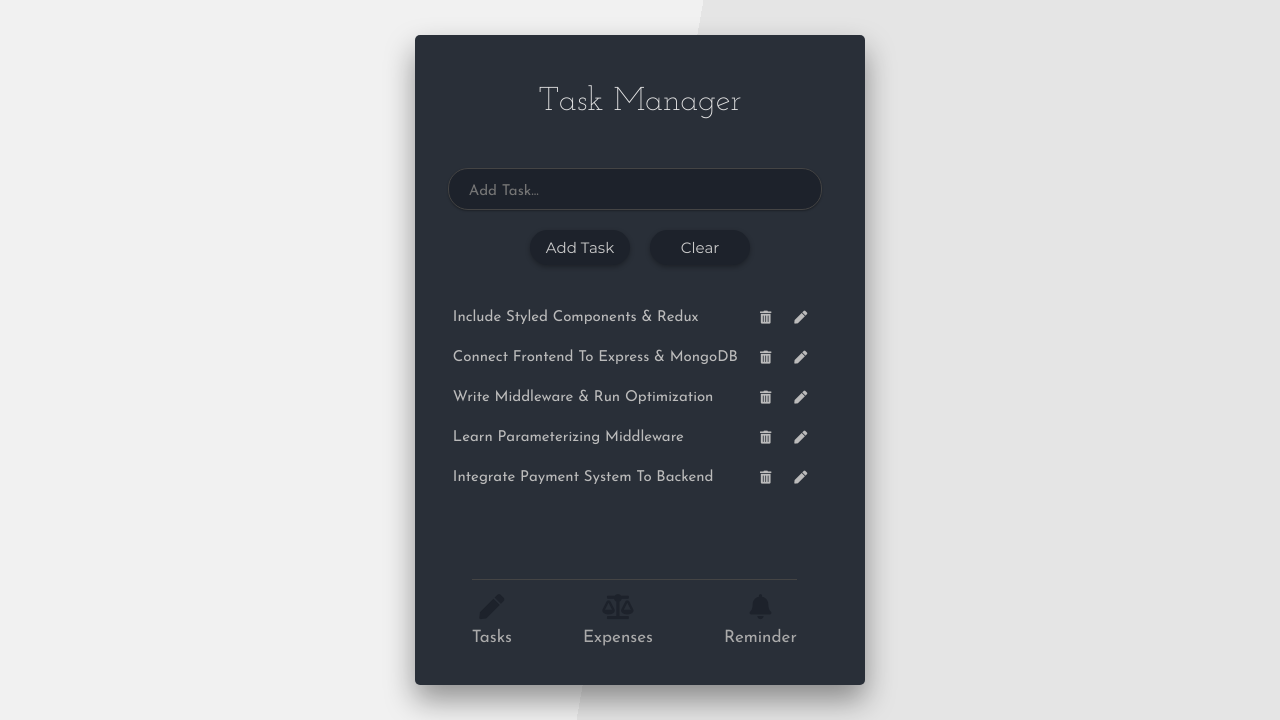
Repository: Kol124/react-task-manager
Page: /
An editor plug-in stored every save of this project. The page is shown before and after the next save, followed by the edit.
The browser window is 1280 px wide. The pictures show the whole page.
The project was rebuilt for these pictures with package versions that can differ from the ones it lists, and the page was loaded fresh each time. Also part of the build but not shown: src/components/Expenses/Expenses.js, src/components/Reminder/Reminder.js.

Above is the page before, as saved 2021-06-24 16:58:16.

### public/index.html
<!DOCTYPE html>
<html lang="en">
  <head>
    <meta charset="utf-8" />
    <link rel="icon" href="%PUBLIC_URL%/favicon.ico" />
    <meta name="viewport" content="width=device-width, initial-scale=1" />
    <meta name="theme-color" content="#000000" />
    <meta
      name="description"
      content="Web site created using create-react-app"
    />
    <link rel="apple-touch-icon" href="%PUBLIC_URL%/logo192.png" />
    <!--
      manifest.json provides metadata used when your web app is installed on a
      user's mobile device or desktop. See https://developers.google.com/web/fundamentals/web-app-manifest/
    -->
    <link rel="manifest" href="%PUBLIC_URL%/manifest.json" />
    <!--
      Notice the use of %PUBLIC_URL% in the tags above.
      It will be replaced with the URL of the `public` folder during the build.
      Only files inside the `public` folder can be referenced from the HTML.

      Unlike "/favicon.ico" or "favicon.ico", "%PUBLIC_URL%/favicon.ico" will
      work correctly both with client-side routing and a non-root public URL.
      Learn how to configure a non-root public URL by running `npm run build`.
    -->
    <link rel="stylesheet" href="all.min.css" />
    <title>React App</title>
  </head>
  <body>
    <noscript>You need to enable JavaScript to run this app.</noscript>
    <div id="root"></div>
    <!--
      This HTML file is a template.
      If you open it directly in the browser, you will see an empty page.

      You can add webfonts, meta tags, or analytics to this file.
      The build step will place the bundled scripts into the <body> tag.

      To begin the development, run `npm start` or `yarn start`.
      To create a production bundle, use `npm run build` or `yarn build`.
    -->
  </body>
</html>

### src/App.js
import "./App.css";
import React from "react";
import TaskContextProvider from "./context/TaskContext";
import ThemeContextProvider from "./context/ThemeContext";
import Main from "./components/Main";

function App() {
  return (
    <ThemeContextProvider>
      <TaskContextProvider>
        <div className="container">
          <Main />
        </div>
      </TaskContextProvider>
    </ThemeContextProvider>
  );
}

export default App;

### src/App.css
@import url("fonts.css");

* {
  margin: 0;
  padding: 0;
  box-sizing: inherit;
}

html {
  box-sizing: border-box;
  font-size: 62.5%;
}

.container {
  width: 100%;
  height: 100vh;
  display: flex;
  align-items: center;
  justify-content: center;
  background: linear-gradient(100deg, #f1f1f1 50%, #e5e5e5 0);
}

.app-wrapper {
  background-color: #292f38;
  padding: 2.5rem 2.8rem;
  position: relative;
  width: 45rem;
  height: 65rem;
  border-radius: 5px;
  box-shadow: 0 15px 30px rgba(0, 0, 0, 0.4);
}

.header .main-header {
  font-family: "Josefin Slab", serif;
  text-align: center;
  font-size: 3.3rem;
  color: #e5e5e5;
  font-weight: 300;
  margin: 2.5rem 2rem 5rem 2rem;
}

.main {
  display: flex;
  flex-direction: column;
  align-items: space-between;
  margin-bottom: 3.5rem;
  width: 100%;
}

.form {
  display: flex;
  align-items: center;
  margin-bottom: 1.5rem;
  flex-direction: column;
  justify-content: center;
}

.task-input {
  font-family: "Josefin Sans", serif;
  padding: 1.5rem 1rem 1rem 2rem;
  margin: 0 1rem 1rem 0;
  color: #ccc;
  width: 95%;
  outline: none;
  font-size: 1.5rem;
  border-radius: 20px;
  border: 1px solid #444;
  background-color: #1d222b;
  box-shadow: 0 1px 2px rgba(0, 0, 0, 0.3);
}

@media only screen and (max-width: 450px) {
  html {
    font-size: 50%;
  }
}

.buttons {
  display: flex;
}

.btn {
  margin: 1rem;
}

.add-task-btn {
  width: 10rem;
  height: 3.5rem;
  background-color: #1d222b;
  color: #ccc;
  border: none;
  font-family: "Montserrat", sans-serif;
  font-size: 1.5rem;
  border-radius: 2rem;
  box-shadow: 0 2px 5px rgba(0, 0, 0, 0.3);
  outline: none;
  cursor: pointer;
}

.list {
  width: 95%;
  margin: 0 auto;
  max-height: 28rem;
  overflow: hidden;
  overflow-y: auto;
}

/* width */
::-webkit-scrollbar {
  width: 6px;
}

/* Track */
::-webkit-scrollbar-track {
  border-radius: 10px;
  background-color: #aaa;
}

/* Handle */
::-webkit-scrollbar-thumb {
  background: #444;
  border-radius: 10px;
}

.list-item {
  display: flex;
  margin: 2rem 0;
  padding-bottom: 0.5rem;
  justify-content: space-between;
}

.list-item span {
  font-family: "Josefin Sans", sans-serif;
  color: #bbb;
  font-size: 1.5rem;
  text-transform: capitalize;
}

.task-btn {
  cursor: pointer;
  background-color: transparent;
  border: none;
  outline: none;
}

.btn-delete i {
  font-size: 1.3rem;
  color: #bbb;
  margin-right: 2rem;
}

.btn-edit i {
  font-size: 1.3rem;
  color: #bbb;
  margin-right: 2rem;
}

.clear-btn {
  width: 10rem;
  height: 3.5rem;
  background-color: #1d222b;
  color: #ccc;
  border: none;
  font-family: "Montserrat", sans-serif;
  font-size: 1.5rem;
  border-radius: 2rem;
  box-shadow: 0 2px 5px rgba(0, 0, 0, 0.3);
  outline: none;
  cursor: pointer;
}

.no-tasks {
  color: #777;
  text-align: center;
  font-family: "Montserrat", sans-serif;
  margin-top: 2.5rem;
  font-size: 2rem;
}

footer {
  position: absolute;
  width: 85%;
  bottom: 6%;
}

footer .nav {
  display: flex;
  align-items: center;
  justify-content: space-between;
  border-top: 1px solid #444;
  padding-top: 1.4rem;
  list-style: none;
  margin: 0 auto;
  width: 85%;
}

.nav li {
  font-family: "Josefin Sans", sans-serif;
  /* font-size: 2rem; */
  text-align: center;
}

.nav li a {
  text-decoration: none;
}

.nav li i {
  font-size: 2.5rem;
  color: #1d222b;
  transition: all ease 0.3s;
}

.nav li i:hover {
  color: #182741;
}

.nav li i:active {
  color: #182741;
}

.nav li p {
  text-decoration: none;
  font-size: 1.7rem;
  color: #aaa;
  margin-top: 1rem;
}

### src/context/TaskContext.js
import React, { createContext, useState, useReducer, useEffect } from "react";
import TaskReducer from "../reducer/TaskReducer";

export const TaskContext = createContext();

export default function TaskContextProvider(props) {
  const [tasks, dispatch] = useReducer(TaskReducer, [
    { title: "Include styled components & redux", id: 1 },
    { title: "Connect frontend to express & mongoDB", id: 2 },
    { title: "Write middleware & run optimization", id: 3 },
    { title: "Learn parameterizing middleware", id: 4 },
    { title: "Integrate payment system to backend", id: 5 },
  ]);
  const [editItem, setEditItem] = useState(null);

  const findItem = (id) => {
    const item = tasks.find((task) => task.id === id);
    setEditItem(item);
  };

  useEffect(() => {
    console.log(tasks);
  });

  return (
    <TaskContext.Provider
      value={{ tasks, editItem, setEditItem, findItem, dispatch }}
    >
      {props.children}
    </TaskContext.Provider>
  );
}

### src/context/ThemeContext.js
import React, { Component, createContext } from "react";

export const ThemeContext = createContext();

export default class ThemeContextProvider extends Component {
  state = {
    isLightTheme: true,
    light: { font: "#292f38", accent: "#e5e5e5", bg: "#f1f1f1" },
    dark: { font: "#f1f1f1", accent: "#1d222b", bg: "#292f38" },
  };

  toggleTheme = () => {
    this.setState({ isLightTheme: !this.state.isLightTheme });
  };

  render() {
    return (
      <div>
        <ThemeContext.Provider
          value={{ ...this.state, toggleTheme: this.toggleTheme }}
        >
          {this.props.children}
        </ThemeContext.Provider>
      </div>
    );
  }
}

### src/components/Main.js
import React, { useContext } from "react";
import { BrowserRouter as Router, Switch, Route } from "react-router-dom";
import Header from "./Header";
import TaskForm from "./TaskForm";
import TaskList from "./TaskList";
import Expenses from "./expenses/Expenses";
import Reminder from "./reminder/Reminder";
import Footer from "./Footer";

export default function Main() {
  return (
    <Router>
      <div>
        <div className="app-wrapper">
          <Header />
          <Switch>
            <Route exact path="/">
              <div className="main">
                <TaskForm />
                <TaskList />
              </div>
            </Route>

            <Route path="/expenses">
              <Expenses />
            </Route>

            <Route path="/reminder">
              <Reminder />
            </Route>
          </Switch>
          <Footer />
        </div>
      </div>
    </Router>
  );
}

### src/fonts.css
/* josefin-sans-300 - latin */
@font-face {
  font-family: "Josefin Sans";
  font-style: normal;
  font-weight: 300;
  src: url("./fonts/josefin-sans-v17-latin-300.eot"); /* IE9 Compat Modes */
  src: local(""),
    url("./fonts/josefin-sans-v17-latin-300.eot?#iefix")
      format("embedded-opentype"),
    /* IE6-IE8 */ url("./fonts/josefin-sans-v17-latin-300.woff2")
      format("woff2"),
    /* Super Modern Browsers */ url("./fonts/josefin-sans-v17-latin-300.woff")
      format("woff"),
    /* Modern Browsers */ url("./fonts/josefin-sans-v17-latin-300.ttf")
      format("truetype"),
    /* Safari, Android, iOS */
      url("./fonts/josefin-sans-v17-latin-300.svg#JosefinSans") format("svg"); /* Legacy iOS */
}
/* josefin-sans-regular - latin */
@font-face {
  font-family: "Josefin Sans";
  font-style: normal;
  font-weight: 400;
  src: url("./fonts/josefin-sans-v17-latin-regular.eot"); /* IE9 Compat Modes */
  src: local(""),
    url("./fonts/josefin-sans-v17-latin-regular.eot?#iefix")
      format("embedded-opentype"),
    /* IE6-IE8 */ url("./fonts/josefin-sans-v17-latin-regular.woff2")
      format("woff2"),
    /* Super Modern Browsers */
      url("./fonts/josefin-sans-v17-latin-regular.woff") format("woff"),
    /* Modern Browsers */ url("./fonts/josefin-sans-v17-latin-regular.ttf")
      format("truetype"),
    /* Safari, Android, iOS */
      url("./fonts/josefin-sans-v17-latin-regular.svg#JosefinSans")
      format("svg"); /* Legacy iOS */
}
/* josefin-sans-600 - latin */
@font-face {
  font-family: "Josefin Sans";
  font-style: normal;
  font-weight: 600;
  src: url("./fonts/josefin-sans-v17-latin-600.eot"); /* IE9 Compat Modes */
  src: local(""),
    url("./fonts/josefin-sans-v17-latin-600.eot?#iefix")
      format("embedded-opentype"),
    /* IE6-IE8 */ url("./fonts/josefin-sans-v17-latin-600.woff2")
      format("woff2"),
    /* Super Modern Browsers */ url("./fonts/josefin-sans-v17-latin-600.woff")
      format("woff"),
    /* Modern Browsers */ url("./fonts/josefin-sans-v17-latin-600.ttf")
      format("truetype"),
    /* Safari, Android, iOS */
      url("./fonts/josefin-sans-v17-latin-600.svg#JosefinSans") format("svg"); /* Legacy iOS */
}
/* josefin-sans-700 - latin */
@font-face {
  font-family: "Josefin Sans";
  font-style: normal;
  font-weight: 700;
  src: url("./fonts/josefin-sans-v17-latin-700.eot"); /* IE9 Compat Modes */
  src: local(""),
    url("./fonts/josefin-sans-v17-latin-700.eot?#iefix")
      format("embedded-opentype"),
    /* IE6-IE8 */ url("./fonts/josefin-sans-v17-latin-700.woff2")
      format("woff2"),
    /* Super Modern Browsers */ url("./fonts/josefin-sans-v17-latin-700.woff")
      format("woff"),
    /* Modern Browsers */ url("./fonts/josefin-sans-v17-latin-700.ttf")
      format("truetype"),
    /* Safari, Android, iOS */
      url("./fonts/josefin-sans-v17-latin-700.svg#JosefinSans") format("svg"); /* Legacy iOS */
}

/* josefin-slab-300 - latin */
@font-face {
  font-family: "Josefin Slab";
  font-style: normal;
  font-weight: 300;
  src: url("./fonts/josefin-slab-v13-latin-300.eot"); /* IE9 Compat Modes */
  src: local(""),
    url("./fonts/josefin-slab-v13-latin-300.eot?#iefix")
      format("embedded-opentype"),
    /* IE6-IE8 */ url("./fonts/josefin-slab-v13-latin-300.woff2")
      format("woff2"),
    /* Super Modern Browsers */ url("./fonts/josefin-slab-v13-latin-300.woff")
      format("woff"),
    /* Modern Browsers */ url("./fonts/josefin-slab-v13-latin-300.ttf")
      format("truetype"),
    /* Safari, Android, iOS */
      url("./fonts/josefin-slab-v13-latin-300.svg#JosefinSlab") format("svg"); /* Legacy iOS */
}
/* josefin-slab-regular - latin */
@font-face {
  font-family: "Josefin Slab";
  font-style: normal;
  font-weight: 400;
  src: url("./fonts/josefin-slab-v13-latin-regular.eot"); /* IE9 Compat Modes */
  src: local(""),
    url("./fonts/josefin-slab-v13-latin-regular.eot?#iefix")
      format("embedded-opentype"),
    /* IE6-IE8 */ url("./fonts/josefin-slab-v13-latin-regular.woff2")
      format("woff2"),
    /* Super Modern Browsers */
      url("./fonts/josefin-slab-v13-latin-regular.woff") format("woff"),
    /* Modern Browsers */ url("./fonts/josefin-slab-v13-latin-regular.ttf")
      format("truetype"),
    /* Safari, Android, iOS */
      url("./fonts/josefin-slab-v13-latin-regular.svg#JosefinSlab")
      format("svg"); /* Legacy iOS */
}
/* josefin-slab-600 - latin */
@font-face {
  font-family: "Josefin Slab";
  font-style: normal;
  font-weight: 600;
  src: url("./fonts/josefin-slab-v13-latin-600.eot"); /* IE9 Compat Modes */
  src: local(""),
    url("./fonts/josefin-slab-v13-latin-600.eot?#iefix")
      format("embedded-opentype"),
    /* IE6-IE8 */ url("./fonts/josefin-slab-v13-latin-600.woff2")
      format("woff2"),
    /* Super Modern Browsers */ url("./fonts/josefin-slab-v13-latin-600.woff")
      format("woff"),
    /* Modern Browsers */ url("./fonts/josefin-slab-v13-latin-600.ttf")
      format("truetype"),
    /* Safari, Android, iOS */
      url("./fonts/josefin-slab-v13-latin-600.svg#JosefinSlab") format("svg"); /* Legacy iOS */
}
/* josefin-slab-700 - latin */
@font-face {
  font-family: "Josefin Slab";
  font-style: normal;
  font-weight: 700;
  src: url("./fonts/josefin-slab-v13-latin-700.eot"); /* IE9 Compat Modes */
  src: local(""),
    url("./fonts/josefin-slab-v13-latin-700.eot?#iefix")
      format("embedded-opentype"),
    /* IE6-IE8 */ url("./fonts/josefin-slab-v13-latin-700.woff2")
      format("woff2"),
    /* Super Modern Browsers */ url("./fonts/josefin-slab-v13-latin-700.woff")
      format("woff"),
    /* Modern Browsers */ url("./fonts/josefin-slab-v13-latin-700.ttf")
      format("truetype"),
    /* Safari, Android, iOS */
      url("./fonts/josefin-slab-v13-latin-700.svg#JosefinSlab") format("svg"); /* Legacy iOS */
}

/* montserrat-300 - latin */
@font-face {
  font-family: "Montserrat";
  font-style: normal;
  font-weight: 300;
  src: url("./fonts/montserrat-v15-latin-300.eot"); /* IE9 Compat Modes */
  src: local(""),
    url("./fonts/montserrat-v15-latin-300.eot?#iefix")
      format("embedded-opentype"),
    /* IE6-IE8 */ url("./fonts/montserrat-v15-latin-300.woff2") format("woff2"),
    /* Super Modern Browsers */ url("./fonts/montserrat-v15-latin-300.woff")
      format("woff"),
    /* Modern Browsers */ url("./fonts/montserrat-v15-latin-300.ttf")
      format("truetype"),
    /* Safari, Android, iOS */
      url("./fonts/montserrat-v15-latin-300.svg#Montserrat") format("svg"); /* Legacy iOS */
}
/* montserrat-regular - latin */
@font-face {
  font-family: "Montserrat";
  font-style: normal;
  font-weight: 400;
  src: url("./fonts/montserrat-v15-latin-regular.eot"); /* IE9 Compat Modes */
  src: local(""),
    url("./fonts/montserrat-v15-latin-regular.eot?#iefix")
      format("embedded-opentype"),
    /* IE6-IE8 */ url("./fonts/montserrat-v15-latin-regular.woff2")
      format("woff2"),
    /* Super Modern Browsers */ url("./fonts/montserrat-v15-latin-regular.woff")
      format("woff"),
    /* Modern Browsers */ url("./fonts/montserrat-v15-latin-regular.ttf")
      format("truetype"),
    /* Safari, Android, iOS */
      url("./fonts/montserrat-v15-latin-regular.svg#Montserrat") format("svg"); /* Legacy iOS */
}
/* montserrat-500 - latin */
@font-face {
  font-family: "Montserrat";
  font-style: normal;
  font-weight: 500;
  src: url("./fonts/montserrat-v15-latin-500.eot"); /* IE9 Compat Modes */
  src: local(""),
    url("./fonts/montserrat-v15-latin-500.eot?#iefix")
      format("embedded-opentype"),
    /* IE6-IE8 */ url("./fonts/montserrat-v15-latin-500.woff2") format("woff2"),
    /* Super Modern Browsers */ url("./fonts/montserrat-v15-latin-500.woff")
      format("woff"),
    /* Modern Browsers */ url("./fonts/montserrat-v15-latin-500.ttf")
      format("truetype"),
    /* Safari, Android, iOS */
      url("./fonts/montserrat-v15-latin-500.svg#Montserrat") format("svg"); /* Legacy iOS */
}

### src/reducer/TaskReducer.js
export default function TaskReducer(tasks, action) {
  switch (action.type) {
    case "ADD_TASK":
      return [
        ...tasks,
        {
          title: action.task.title,
          id: Math.random().toString(),
        },
      ];

    case "REMOVE_TASK":
      return tasks.filter((task) => task.id !== action.task.id);

    case "EDIT_TASK":
      return tasks.map((task) =>
        task.id === action.task.id
          ? { title: action.task.title, id: action.task.id }
          : task
      );

    case "CLEAR_TASK":
      return [];

    default:
      return tasks;
  }
}

### src/components/Header.js
import React from "react";

const Header = () => {
  return (
    <div className="header">
      <h1 className="main-header">Task Manager</h1>
    </div>
  );
};

export default Header;

### src/components/TaskForm.js
import React, { useState, useContext, useEffect } from "react";
import { TaskContext } from "../context/TaskContext";

export default function TaskForm() {
  const { editItem, setEditItem, dispatch } = useContext(TaskContext);
  const [title, setTitle] = useState("");

  const handleSubmit = (e) => {
    e.preventDefault();
    if (editItem !== null) {
      dispatch({
        type: "EDIT_TASK",
        task: {
          title,
          id: editItem.id,
        },
      });
      setEditItem(null);
    } else {
      dispatch({
        type: "ADD_TASK",
        task: {
          title,
        },
      });
    }

    setTitle("");
  };

  useEffect(() => {
    if (editItem !== null) {
      setTitle(editItem.title);
      console.log(editItem);
    } else {
      setTitle("");
    }
  }, [editItem]);

  return (
    <form onSubmit={handleSubmit} className="form">
      <input
        type="text"
        placeholder="Add Task..."
        value={title}
        onChange={(e) => setTitle(e.target.value)}
        required
        className="task-input"
      />
      <div className="buttons">
        <button type="submit" className="btn add-task-btn">
          {editItem ? "Edit Task" : "Add Task"}
        </button>
        <button
          className="btn clear-btn"
          onClick={() => dispatch({ type: "CLEAR_TASK" })}
        >
          Clear
        </button>
      </div>
    </form>
  );
}

### src/components/TaskList.js
import React, { useContext } from "react";
import { TaskContext } from "../context/TaskContext";
import Task from "./Task";

export default function TaskList() {
  const { tasks } = useContext(TaskContext);

  return (
    <div>
      {tasks.length ? (
        <ul className="list">
          {tasks.map((task) => {
            return <Task task={task} key={task.id} />;
          })}
        </ul>
      ) : (
        <div className="no-tasks">No Tasks</div>
      )}
    </div>
  );
}

### src/components/Footer.js
import React from "react";
import { Link } from "react-router-dom";

export default function Footer() {
  return (
    <footer>
      <ul className="nav">
        <li>
          <Link to="/">
            <i className="fa fa-pen"></i>
            <p>Tasks</p>
          </Link>
        </li>

        <li>
          <Link to="/Expenses">
            <i className="fa fa-balance-scale"></i>
            <p>Expenses</p>
          </Link>
        </li>

        <li>
          <Link to="/Reminder">
            <i className="fa fa-bell"></i>
            <p>Reminder</p>
          </Link>
        </li>
      </ul>
    </footer>
  );
}

### src/components/Task.js
import React, { useContext } from "react";
import { TaskContext } from "../context/TaskContext";

export default function Task({ task }) {
  const { findItem, dispatch } = useContext(TaskContext);

  return (
    <li className="list-item">
      <span>{task.title}</span>
      <div>
        <button
          className="btn-delete task-btn"
          onClick={() =>
            dispatch({ type: "REMOVE_TASK", task: { id: task.id } })
          }
        >
          <i className="fas fa-trash-alt"></i>
        </button>{" "}
        <button className="btn-edit task-btn" onClick={() => findItem(task.id)}>
          <i className="fas fa-pen"></i>
        </button>
      </div>
    </li>
  );
}

Loaded but not shown: src/index.js (common file); src/index.css (common file); src/reportWebVitals.js (common file); public/all.min.css (library)

After the next save:
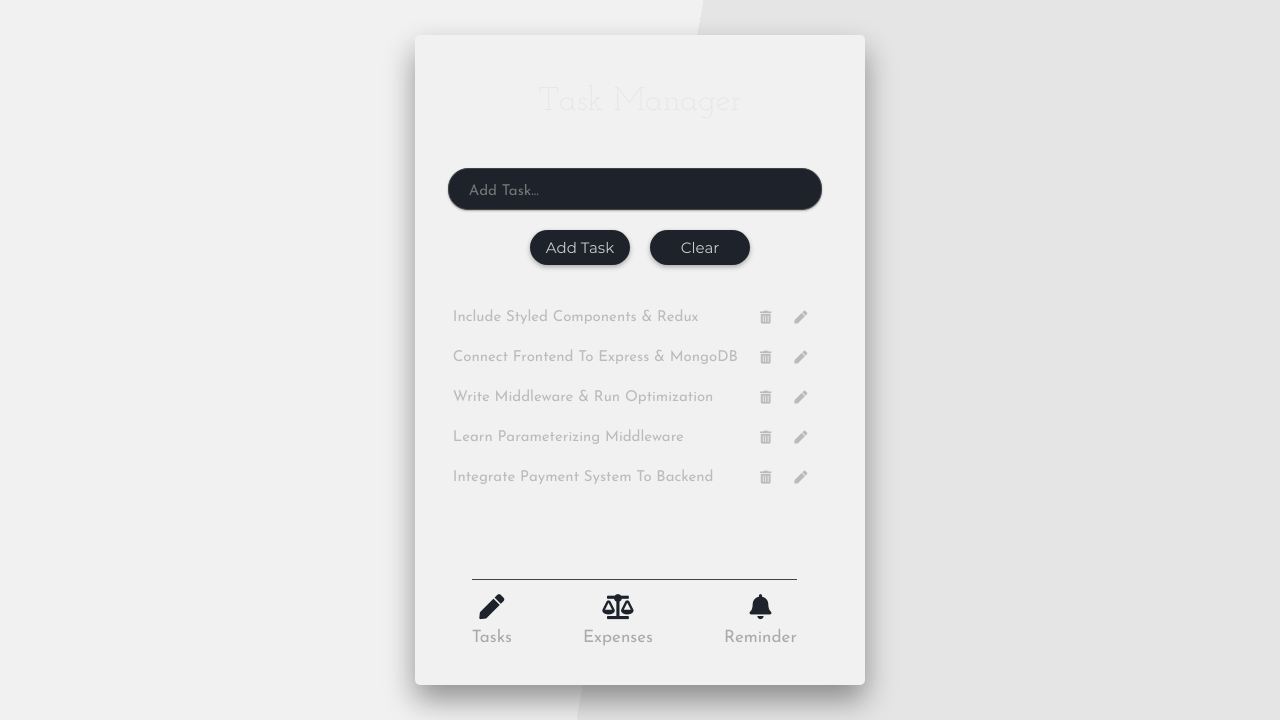
Saved 2 min 15 s later.
--- a/src/components/Main.js
+++ b/src/components/Main.js
@@ -6,12 +6,19 @@ import TaskList from "./TaskList";
 import Expenses from "./expenses/Expenses";
 import Reminder from "./reminder/Reminder";
 import Footer from "./Footer";
+import { ThemeContext } from "../context/ThemeContext";
 
 export default function Main() {
+  const { isLightTheme, dark, light } = useContext(ThemeContext);
+  const theme = isLightTheme ? light : dark;
+
   return (
     <Router>
       <div>
-        <div className="app-wrapper">
+        <div
+          className="app-wrapper"
+          style={{ background: theme.bg, color: theme.font }}
+        >
           <Header />
           <Switch>
             <Route exact path="/">
